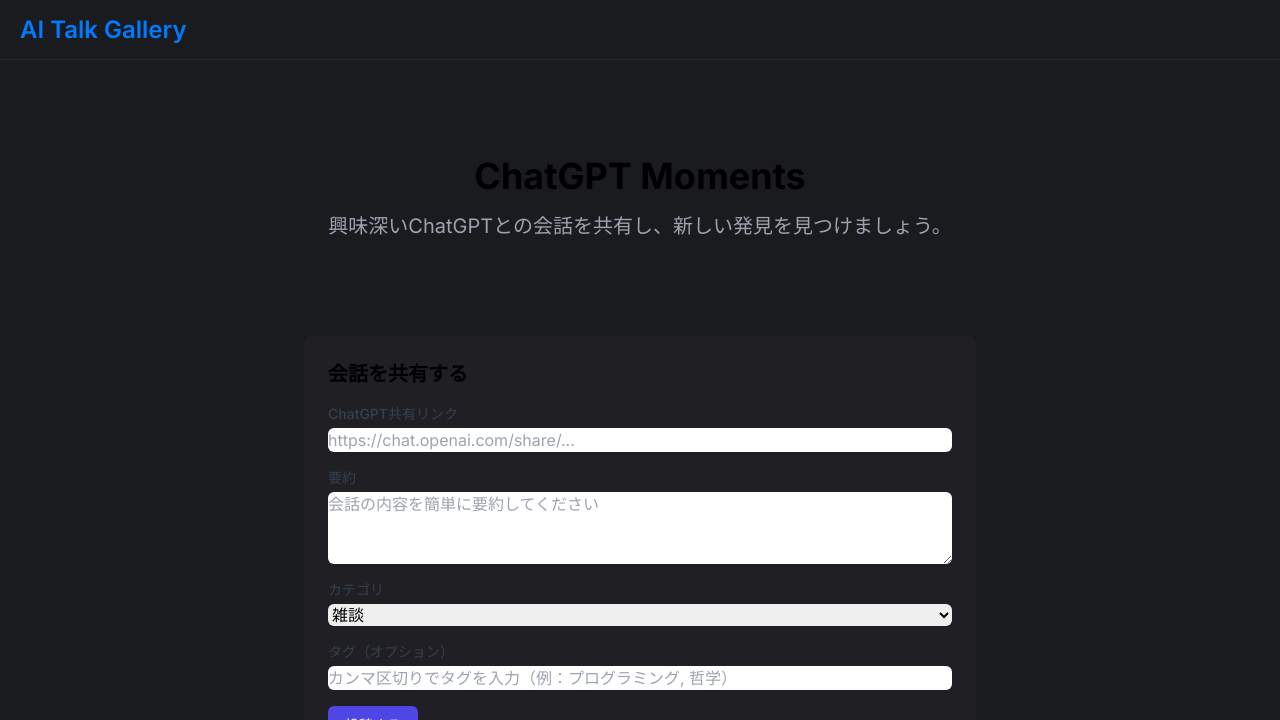
Repository: hayakawa1/ai-talk-gallery
Page: /
The author's editor kept a copy of each file at every save. The page is drawn from the files as they stood at one save, then again after the next save.
The browser window is 1280 px wide. The pictures show the whole page.
An inner scrolling area shows only its first screen. The project was rebuilt for these pictures with package versions that can differ from the ones it lists, and the page was loaded fresh each time. The framework's server and built-in components were replaced by stand-ins that run in the browser. Also part of the build but not shown: next.config.ts.

Above is the page before, as saved 2024-12-16 23:06:53.

After the next save:
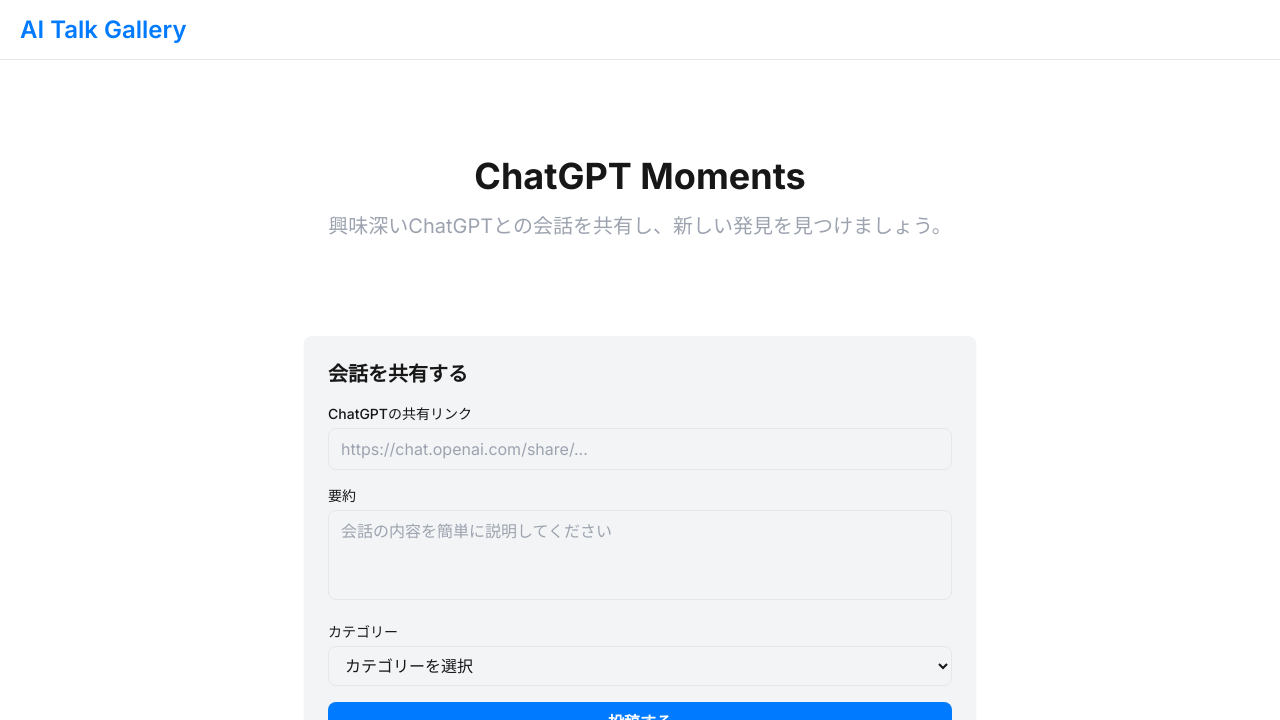
Saved 78 s later.
--- a/src/app/page.tsx
+++ b/src/app/page.tsx
@@ -13,7 +13,7 @@
 
       {/* 投稿フォームセクション */}
       <section className="mb-16 max-w-2xl mx-auto">
-        <div className="bg-zinc-800/50 rounded-lg p-6">
+        <div className="bg-card rounded-lg p-6 shadow-sm">
           <h2 className="text-xl font-semibold mb-4">会話を共有する</h2>
           <PostForm />
         </div>
@@ -34,7 +34,7 @@
         <div className="grid grid-cols-1 md:grid-cols-2 lg:grid-cols-3 gap-6">
           {/* 会話カード */}
           {[1, 2, 3].map((i) => (
-            <div key={i} className="bg-zinc-800/50 rounded-lg p-6 hover:bg-zinc-800/70 transition">
+            <div key={i} className="bg-card rounded-lg p-6 hover:bg-card-hover transition shadow-sm">
               <h3 className="text-lg font-semibold mb-2">プログラミング初心者への助言</h3>
               <p className="text-gray-400 mb-4 text-sm">
                 プログラミング学習を始める人へのアドバイスをまとめました。
@@ -75,7 +75,7 @@
             <a
               key={category.name}
               href="#"
-              className="flex flex-col items-center justify-center p-6 bg-zinc-800/50 rounded-lg hover:bg-zinc-800/70 transition text-center"
+              className="flex flex-col items-center justify-center p-6 bg-card rounded-lg hover:bg-card-hover transition shadow-sm text-center"
             >
               <span className="text-2xl mb-2">{category.icon}</span>
               <span className="text-sm">{category.name}</span>
--- a/src/app/globals.css
+++ b/src/app/globals.css
@@ -11,7 +11,7 @@
 }
 
 body {
-  @apply h-full;
+  @apply h-full bg-white text-bolt-elements-textPrimary;
 }
 
 #root {
--- a/src/components/post-form.tsx
+++ b/src/components/post-form.tsx
@@ -17,61 +17,57 @@
 
   const onSubmit = async (data: PostInput) => {
     try {
-      const response = await fetch("/api/posts", {
-        method: "POST",
-        headers: { "Content-Type": "application/json" },
-        body: JSON.stringify(data),
-      })
-
-      if (!response.ok) throw new Error("投稿に失敗しました")
-
-      // フォームをリセットするなどの処理
+      // TODO: APIエンドポイントに投稿を送信
+      console.log(data)
     } catch (error) {
       console.error(error)
-      alert("エラーが発生しました")
     }
   }
 
   return (
     <form onSubmit={handleSubmit(onSubmit)} className="space-y-4">
       <div>
-        <label className="block text-sm font-medium text-gray-700">
-          ChatGPT共有リンク
+        <label htmlFor="url" className="block text-sm font-medium mb-1">
+          ChatGPTの共有リンク
         </label>
         <input
+          {...register("url")}
           type="url"
-          {...register("url")}
-          className="mt-1 block w-full rounded-md border-gray-300 shadow-sm focus:border-indigo-500 focus:ring-indigo-500"
+          id="url"
           placeholder="https://chat.openai.com/share/..."
+          className="w-full px-3 py-2 bg-card rounded-lg border border-zinc-800 focus:outline-none focus:ring-2 focus:ring-accent"
         />
         {errors.url && (
-          <p className="mt-1 text-sm text-red-600">{errors.url.message}</p>
+          <p className="mt-1 text-sm text-red-500">{errors.url.message}</p>
         )}
       </div>
 
       <div>
-        <label className="block text-sm font-medium text-gray-700">
+        <label htmlFor="summary" className="block text-sm font-medium mb-1">
           要約
         </label>
         <textarea
           {...register("summary")}
-          className="mt-1 block w-full rounded-md border-gray-300 shadow-sm focus:border-indigo-500 focus:ring-indigo-500"
+          id="summary"
           rows={3}
-          placeholder="会話の内容を簡単に要約してください"
+          placeholder="会話の内容を簡単に説明してください"
+          className="w-full px-3 py-2 bg-card rounded-lg border border-zinc-800 focus:outline-none focus:ring-2 focus:ring-accent resize-none"
         />
         {errors.summary && (
-          <p className="mt-1 text-sm text-red-600">{errors.summary.message}</p>
+          <p className="mt-1 text-sm text-red-500">{errors.summary.message}</p>
         )}
       </div>
 
       <div>
-        <label className="block text-sm font-medium text-gray-700">
-          カテゴリ
+        <label htmlFor="category" className="block text-sm font-medium mb-1">
+          カテゴリー
         </label>
         <select
           {...register("category")}
-          className="mt-1 block w-full rounded-md border-gray-300 shadow-sm focus:border-indigo-500 focus:ring-indigo-500"
+          id="category"
+          className="w-full px-3 py-2 bg-card rounded-lg border border-zinc-800 focus:outline-none focus:ring-2 focus:ring-accent"
         >
+          <option value="">カテゴリーを選択</option>
           {categories.map((category) => (
             <option key={category} value={category}>
               {category}
@@ -79,26 +75,14 @@
           ))}
         </select>
         {errors.category && (
-          <p className="mt-1 text-sm text-red-600">{errors.category.message}</p>
+          <p className="mt-1 text-sm text-red-500">{errors.category.message}</p>
         )}
-      </div>
-
-      <div>
-        <label className="block text-sm font-medium text-gray-700">
-          タグ（オプション）
-        </label>
-        <input
-          type="text"
-          {...register("tags")}
-          className="mt-1 block w-full rounded-md border-gray-300 shadow-sm focus:border-indigo-500 focus:ring-indigo-500"
-          placeholder="カンマ区切りでタグを入力（例：プログラミング, 哲学）"
-        />
       </div>
 
       <button
         type="submit"
         disabled={isSubmitting}
-        className="inline-flex justify-center rounded-md border border-transparent bg-indigo-600 py-2 px-4 text-sm font-medium text-white shadow-sm hover:bg-indigo-700 focus:outline-none focus:ring-2 focus:ring-indigo-500 focus:ring-offset-2 disabled:opacity-50"
+        className="w-full bg-accent hover:bg-accent/90 disabled:opacity-50 text-white font-bold py-2 px-4 rounded-lg"
       >
         {isSubmitting ? "投稿中..." : "投稿する"}
       </button>
--- a/src/lib/schemas.ts
+++ b/src/lib/schemas.ts
@@ -7,8 +7,9 @@
   summary: z.string()
     .min(1, "要約を入力してください")
     .max(200, "要約は200文字以内で入力してください"),
-  category: z.enum(["雑談", "学問", "プロンプト", "創作", "実用"]),
-  tags: z.string().optional(),
+  category: z.enum(["雑談", "学問", "プロンプト", "創作", "実用"], {
+    required_error: "カテゴリーを選択してください",
+  }),
 })
 
 export type PostInput = z.infer<typeof postSchema>
--- a/tailwind.config.js
+++ b/tailwind.config.js
@@ -9,12 +9,14 @@
   theme: {
     extend: {
       colors: {
-        'bolt-elements-background-depth-1': '#1A1B1E',
-        'bolt-elements-textPrimary': '#FFFFFF',
+        'bolt-elements-background-depth-1': '#FFFFFF',
+        'bolt-elements-textPrimary': '#171717',
         accent: '#007AFF',
+        'card': '#F3F4F6',
+        'card-hover': '#E5E7EB',
       },
       borderColor: {
-        'zinc-800': '#27272A',
+        'zinc-800': '#E5E7EB',
       },
     },
   },
